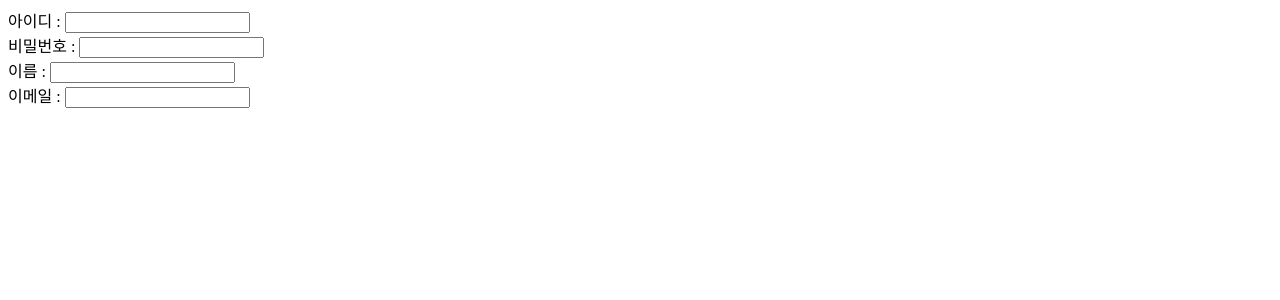
Repository: leehojun95/HJ-Developer
Page: http://localhost/webShop/sec14/test01/memberForm.jsp
These files come from the project's save history. The page is drawn as it stood at one moment and after the next save; the edit follows.
The browser window is 1280 px wide. The pictures show the whole page.
The page is served by Tomcat 9.

Above is the page before, as saved 2024-04-25 00:23:48.

After the next save:
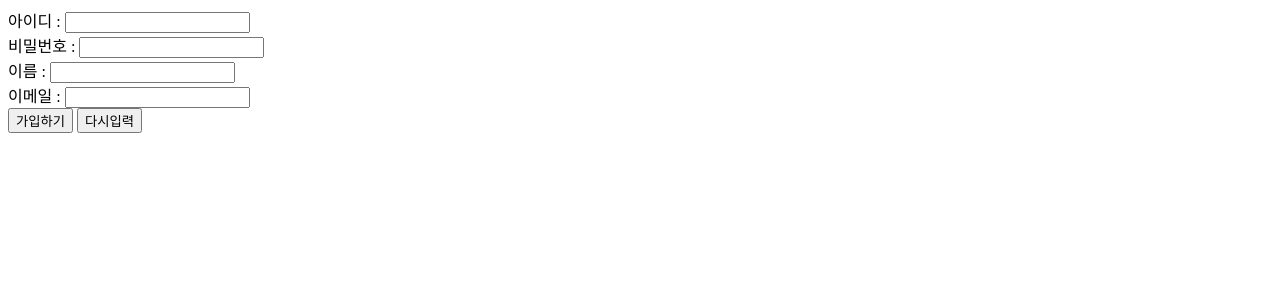
Saved 94 s later.
--- a/webShop/src/main/webapp/sec14/test01/memberForm.jsp
+++ b/webShop/src/main/webapp/sec14/test01/memberForm.jsp
@@ -12,6 +12,8 @@
 	비밀번호 : <input type="password" name ="pwd"><br>
 	이름 : <input type="text" name ="name"><br>
 	이메일 : <input type="text" name ="email"><br>
+	<input type="submit" value="가입하기">
+	<input type="reset" value="다시입력">
 </form>
 </body>
 </html>
